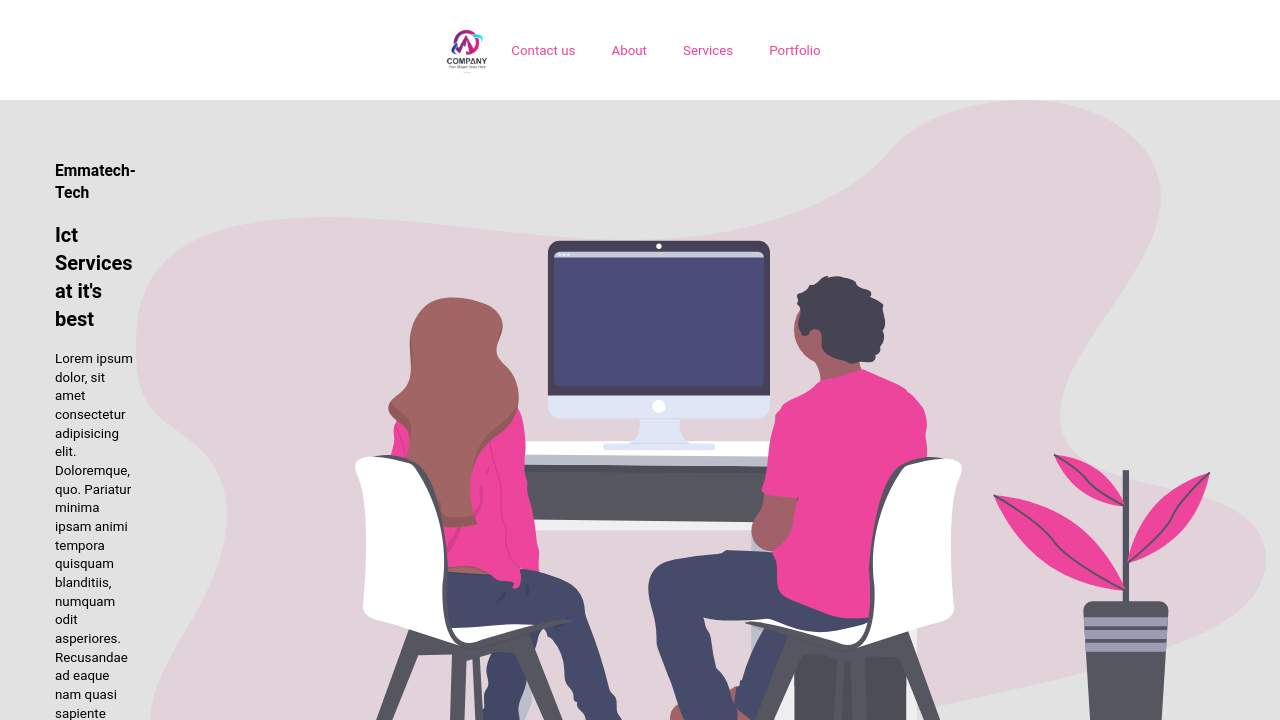
Repository: wisdomspine/emmatech-website
Page: index.html
These files come from the project's save history. The page is drawn as it stood at one moment and after the next save; the edit follows.
The browser window is 1280 px wide. The pictures show the whole page.

Above is the page before, as saved 2020-10-05 11:33:01.

After the next save:
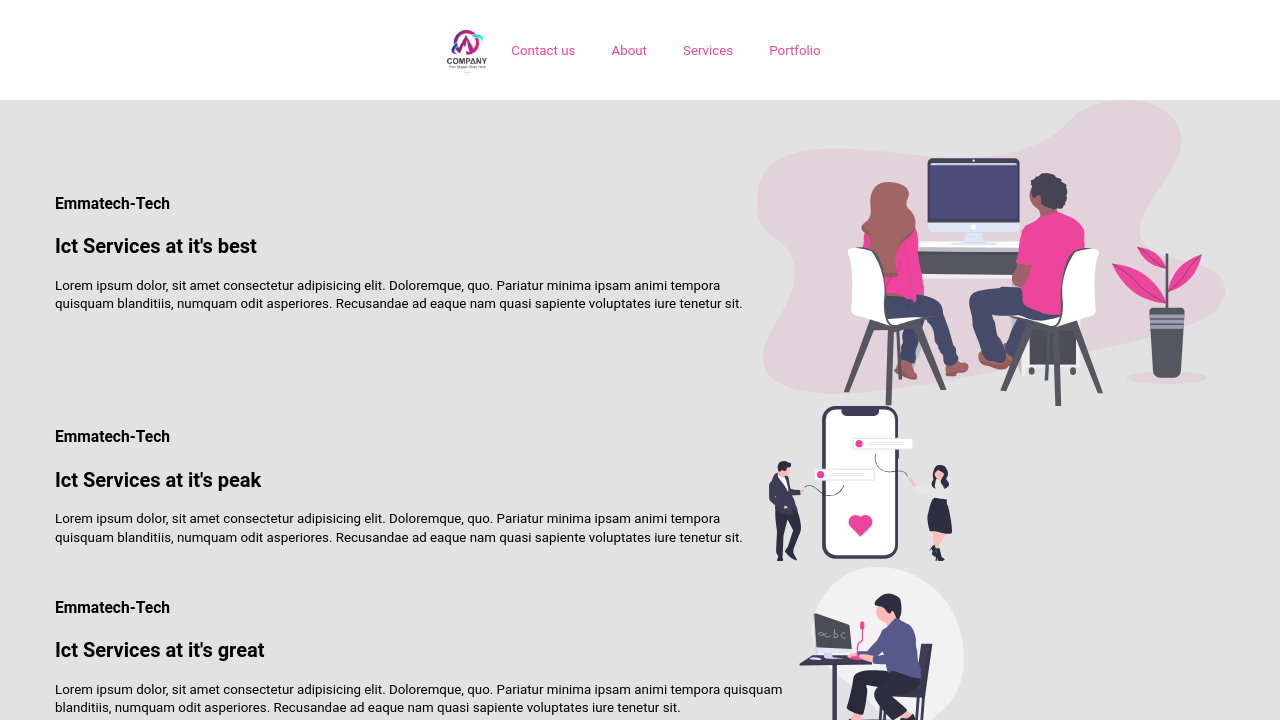
Saved 12 s later.
--- a/assets/styles/home-slide.css
+++ b/assets/styles/home-slide.css
@@ -11,4 +11,6 @@
   align-items: center;
 }
 
-.home-slide .container img {}
+.home-slide .container img {
+  width: 40%;
+}
